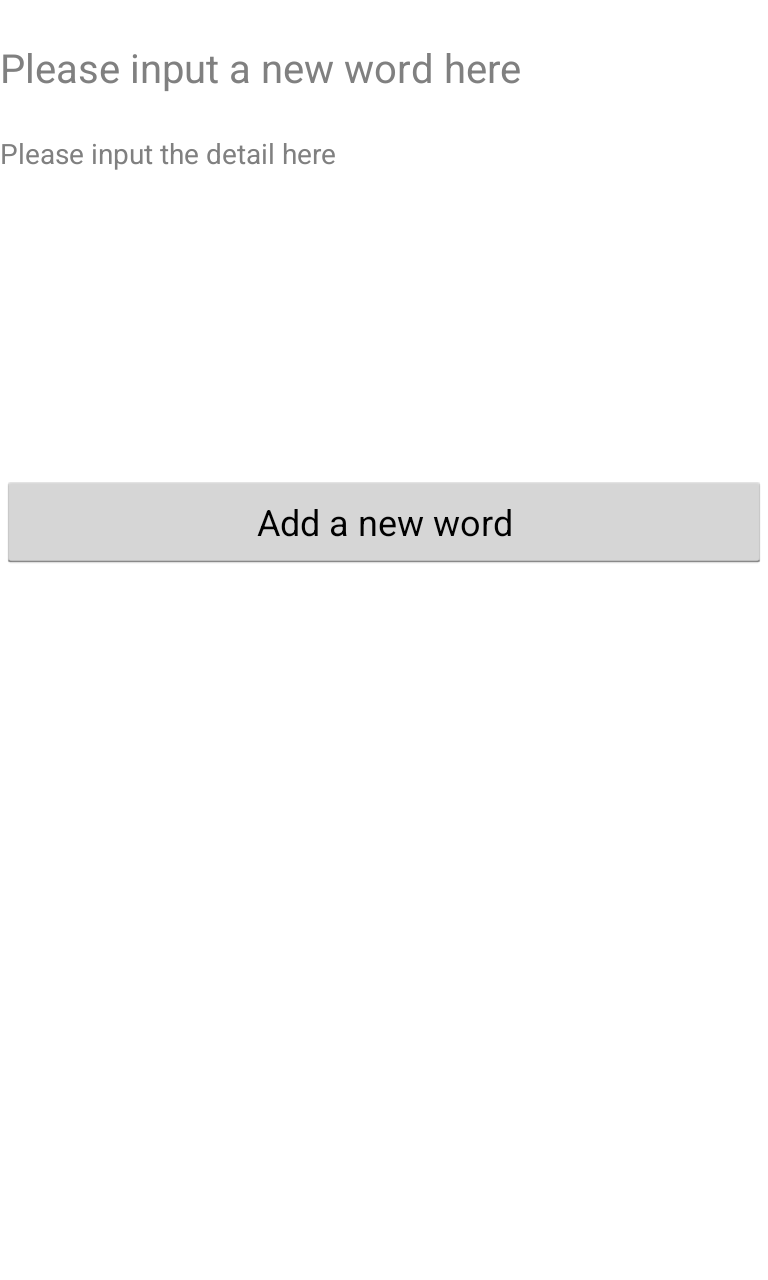
Repository: Liu-D-Henrry/Android
Layout: Dictionary/res/layout/main.xml
An editor plug-in stored every save of this project. The layout is shown before and after the next save, followed by the edit.
It is drawn on a 768 x 1280 px phone screen (xhdpi) without system bars, with theme AppTheme; the app's code is not run.

Above is the layout before, as saved 2013-09-04 08:34:46.

### Dictionary/res/layout/main.xml
<?xml version="1.0" encoding="utf-8"?>
<LinearLayout xmlns:android="http://schemas.android.com/apk/res/android"
    android:layout_width="match_parent"
    android:layout_height="match_parent"
    android:orientation="vertical" >

    <TextView
        android:id="@+id/word"
        android:layout_width="match_parent"
        android:layout_height="wrap_content"
        android:layout_marginTop="20dp"
        android:textSize="20sp"
        android:hint="@string/hintWord" />

	<TextView
	    android:id="@+id/detail"
	    android:layout_width="match_parent"
	    android:layout_height="150dp"
        android:layout_marginTop="20dp"
	    android:hint="@string/hintDetail"/>

	<Button
	    android:id="@+id/insert"
	    android:layout_width="match_parent"
	    android:layout_height="wrap_content"
        android:layout_marginTop="20dp"
	    android:text="@string/textInsert" />

</LinearLayout>

### Dictionary/res/values/strings.xml
<?xml version="1.0" encoding="utf-8"?>
<resources>

    <string name="app_name">Dictionary</string>
    <string name="action_settings">Settings</string>
    <string name="hello_world">Hello world!</string>

    <string name="hintWord">Please input a new word here</string>
    <string name="hintDetail">Please input the detail here</string>
    <string name="textInsert">Add a new word</string>

</resources>

Loaded but not shown: Dictionary/res/values/styles.xml (common file); Dictionary/res/values-v11/styles.xml (common file); Dictionary/res/values-v14/styles.xml (common file)

After the next save:
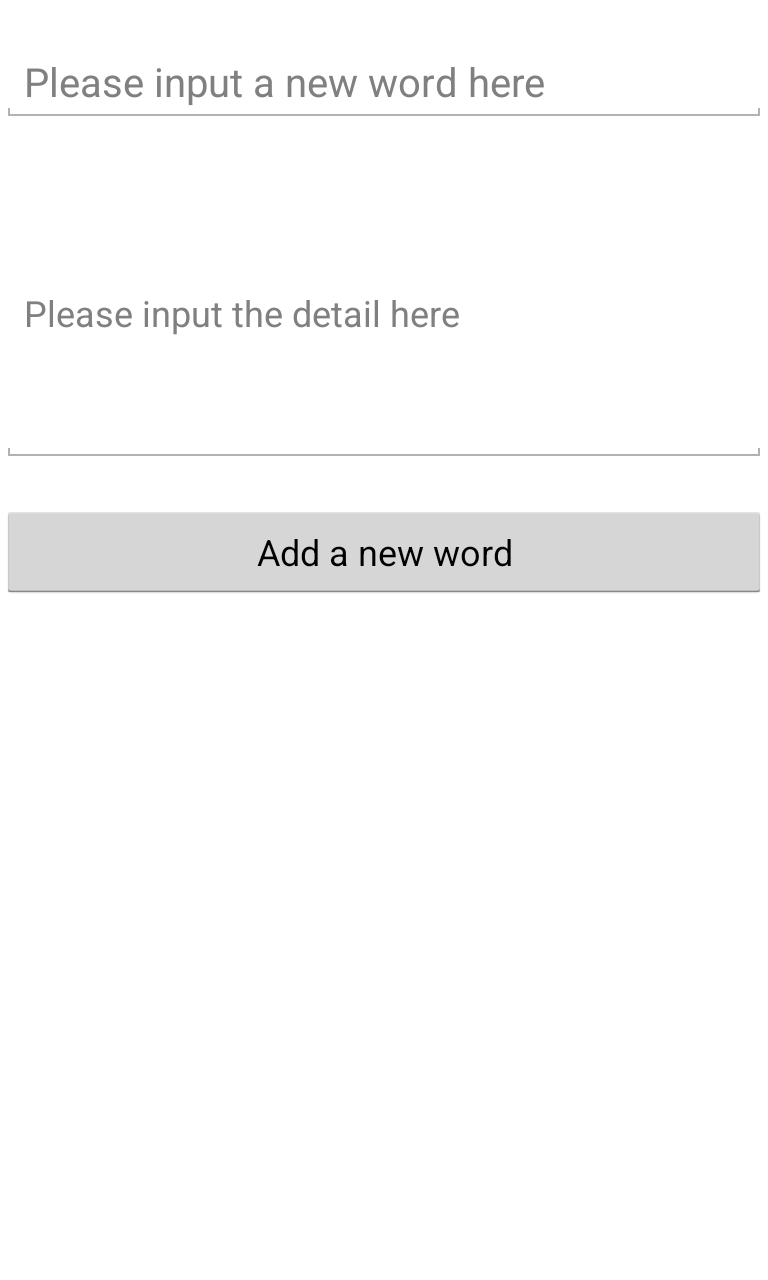
Saved 3 min 0 s later.
--- a/Dictionary/res/layout/main.xml
+++ b/Dictionary/res/layout/main.xml
@@ -4,7 +4,7 @@
     android:layout_height="match_parent"
     android:orientation="vertical" >
 
-    <TextView
+    <EditText
         android:id="@+id/word"
         android:layout_width="match_parent"
         android:layout_height="wrap_content"
@@ -12,7 +12,7 @@
         android:textSize="20sp"
         android:hint="@string/hintWord" />
 
-	<TextView
+	<EditText
 	    android:id="@+id/detail"
 	    android:layout_width="match_parent"
 	    android:layout_height="150dp"
